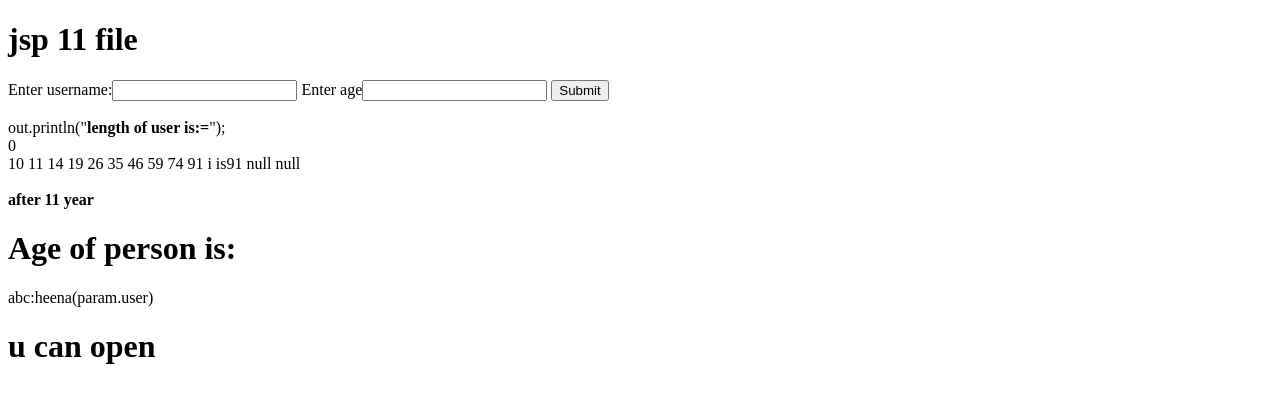
Repository: heenasalim/Java_Script
Page: http://localhost/JsphDemo/jsp11.jsp
The author's editor kept a copy of each file at every save. The page is drawn from the files as they stood at one save, then again after the next save.
The browser window is 1280 px wide. The pictures show the whole page.
The page is served by Tomcat 9. Other server files are loaded and not shown. Queries for data that is not in the repository find no rows.

Above is the page before, as saved 2015-10-17 06:05:38.

### JsphDemo/WebContent/jsp11.jsp
<%@ page language="java" contentType="text/html; charset=ISO-8859-1"
    pageEncoding="ISO-8859-1"%>
<!DOCTYPE html PUBLIC "-//W3C//DTD HTML 4.01 Transitional//EN" "http://www.w3.org/TR/html4/loose.dtd">
<html>
<head>
<meta http-equiv="Content-Type" content="text/html; charset=ISO-8859-1">
<title>Insert title here</title>
</head>
<%@taglib  prefix="abc" uri="/WEB-INF/taglib.tld" %>
<body>
<h1>jsp  11   file</h1>
<form action="jsp11.jsp">
Enter  username:<input type="text"  name="user"  />
Enter  age<input  type="text"   name="age" />
<input  type="submit"  name="signin" />
</form>
<br/>
out.println("<b>length  of  user  is:=</b>");
<br/>
${abc:lengthUser(param.user)}

<br/>
<%!  int  i=0;int z; %>
<%
for(i=0; i<10 ; i++)
{
%>
<%= z=i*i+10 %>
<%
}

out.println("i is" + z);

%>

<jsp:useBean id="u"  class="pkforjsp.Usebean11"  scope="request"></jsp:useBean>
<jsp:setProperty  name="u"  property="*" />
<jsp:getProperty  name="u" property="user" />
<jsp:getProperty  name="u" property="age" />
<%
String  k=u.getUser();
%>
<br/>
<br/>
<b> after  11  year </b>
<br/>
<h1>Age  of  person  is:</h1>
abc:heena(param.user)

  <h1> u  can  open</h1>




<br/>
<br/>


 <%--out.println("length  of  username  is" + u.getUser());
<br/>
out.println("  age  after    1  year  is "  + (u.getAge()+1));--%>



</body>
</html>

### JsphDemo/src/pk/expressionlanguage.java
package pk;

import java.sql.DriverManager;
import java.sql.PreparedStatement;
import java.sql.ResultSet;

import javax.servlet.jsp.PageContext;

import com.sun.corba.se.pept.transport.Connection;

public class expressionlanguage {

	public  static  int  lengthUser(String  x)
	{


		return  x.length();
	}


	public   static void  ageAfter1year()
	{

	}

}

### JsphDemo/src/pkforjsp/Usebean11.java
package pkforjsp;

public class Usebean11 {

	String  user,age;
	public String getUser() {
		return user;
	}

	public void setUser(String user) {
		this.user = user;
	}


	public String getAge() {
		return age;
	}

	public void setAge(String age) {
		this.age = age;
	}


}

### JsphDemo/src/pk/oracle.java
package pk;
import java.sql.Connection;
import java.sql.Driver;
import java.sql.DriverManager;
import java.sql.PreparedStatement;
import java.sql.ResultSet;
import java.sql.SQLException;

import javax.servlet.jsp.PageContext;


public class oracle{


	static Connection con=null;
	public  static  int  heena(String  user)   throws SQLException
	{
	try
	{
	Class.forName("oracle.jdbc.driver.OracleDriver");
	System.out.println("class  found");
	System.out.println("class  found");
    con=DriverManager.getConnection("jdbc:oracle:thin:@localhost:1521:xe","system","java");
	System.out.println("connection  got");
	java.sql.Statement stmt=con.createStatement();
	ResultSet rs=stmt.executeQuery("select * from heena1");
	while(rs.next())
	{
	 System.out.println(rs.getInt(1)+"  "+rs.getString(2));
    if(user.equals(rs.getString(2)))
    {
    	  System.out.println("correct  user");
     }
	}
//	 PreparedStatement  psmt=con.prepareStatement("insert  into heena1  values(? ?)");
//	 psmt.setInt(1,1);
//	 psmt.setString(2, "abc");
//	  System.out.println("table  craeted  inserted ");
//	 int  i=psmt.executeUpdate();
//	 System.out.println("table  crated" + i);
	  }
	catch(Exception  e)
	{
	e.printStackTrace();
	}
	return 0;

	}
}

After the next save:
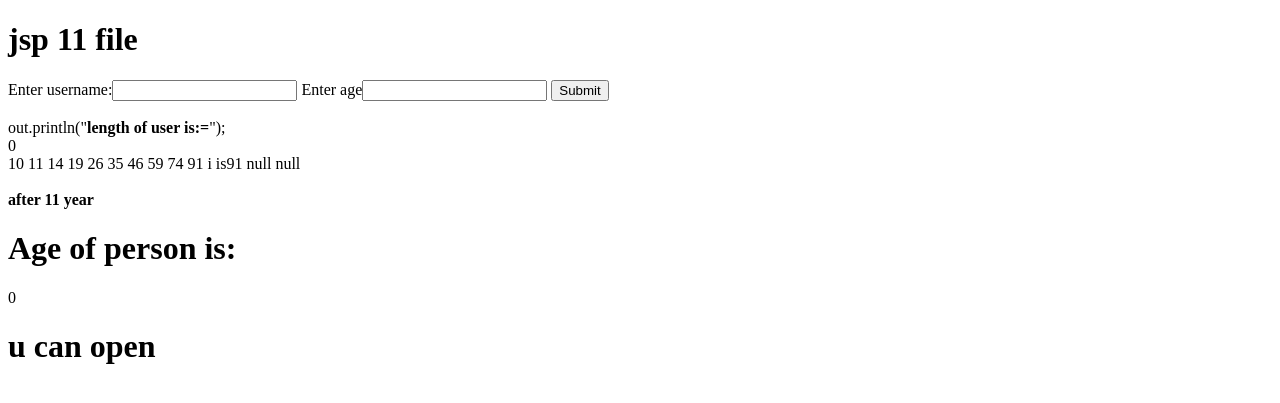
Saved 14 s later.
--- a/JsphDemo/WebContent/jsp11.jsp
+++ b/JsphDemo/WebContent/jsp11.jsp
@@ -45,7 +45,7 @@ String  k=u.getUser();
 <b> after  11  year </b>
 <br/>
 <h1>Age  of  person  is:</h1>
-abc:heena(param.user)
+${ abc:heena(param.user)}
 
   <h1> u  can  open</h1>
 
